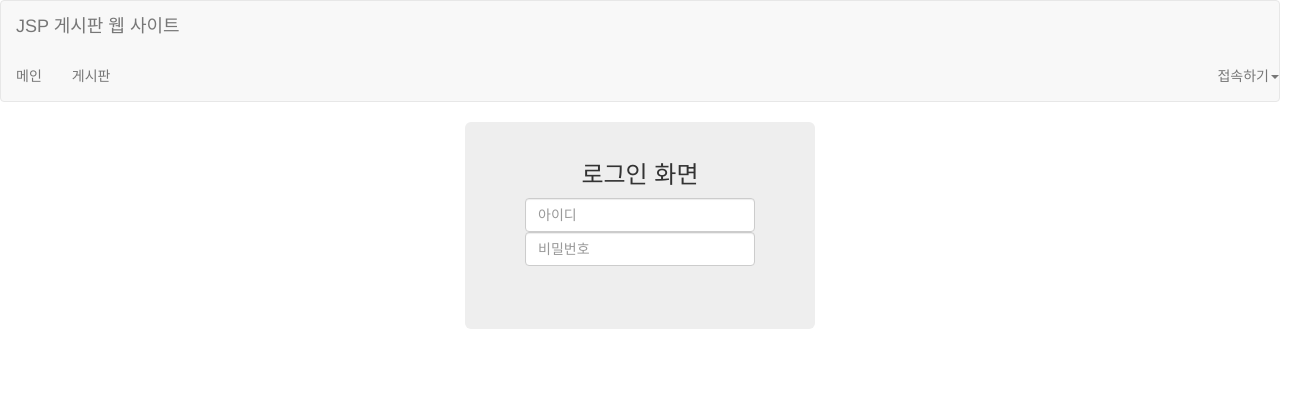
Repository: jeeyune/JSP-Bulletin-Board
Page: http://localhost/BBS/join.jsp
An editor plug-in stored every save of this project. The page is shown before and after the next save, followed by the edit.
The browser window is 1280 px wide. The page is 1294 px wide, so the pictures cover 1294 px, including what lies to the right of the window. The pictures show the whole page.
The page is served by Tomcat 9. Other server files are loaded and not shown.

Above is the page before, as saved 2020-01-10 07:46:48.

### projects/BBS/WebContent/join.jsp
<%@ page language="java" contentType="text/html; charset=UTF-8"
    pageEncoding="UTF-8"%>
<!DOCTYPE html>
<html>
<head>
<meta http-equiv="Content-Type" content="text/html; charset=UTF-8">
<meta name="viewport" content="width=device-width", initial-scale="1">
<link rel="stylesheet" href="css/bootstrap.css">
<title> JSP 게시판 웹사이트 </title>
</head>
<body>
	<nav class="navbar navbar-default">
		<div class="navbar-header">
			<button type="button" class="navbar-toggle collapsed" data-toggle="collapse"
			data-target="#bs-example-navbar-collapse-1"
			aria-expanded="false">
				<span class="icon-bar"></span>
				<span class="icon-bar"></span>
				<span class="icon-bar"></span>
			</button>
			<a class="navbar-brand" href="main.jsp"> JSP 게시판 웹 사이트</a>
		</div>
		<div class="collapse navbar-collapse" id="#bs-example-navbar-collapse-1"></div>
			<ul class="nav navbar-nav">
				<li><a href="main.jsp">메인</a></li>
				<li><a href="bbs.jsp">게시판</a></li>
			</ul>
			<ul class="nav navbar-nav navbar-right">
				<li class="dropdown" >
					<a href="#" class="dropdown-toggle"
						data-toggle="dropdown" role="button" aria-haspopup="true"
						aria-expanded="false">접속하기<span class="caret"></span></a>

					<ul class="dropdown-menu">
						<li class="active"><a href="login.jsp">로그인</a></li>
						<li><a href="join.jsp">회원가입</a></li>
			</ul>
	</nav>
	<div class="container">
		<div class="col-lg-4"></div>
		<div class="col-lg-4">
			<div class="jumbotron" style="padding-top: 20px;">
				<form method="post" action="loginAction.jsp">
					<h3 style="text-align: center;">로그인 화면</h3>
					<div class="form-group">
						<input type="text" class="form-control" placeholder="아이디" name="userID" maxlength="20">
						<input type="password" class="form-control" placeholder="비밀번호" name="userPassword" maxlength="20">
					</div>

				</form>
		</div>
		<div class="col-lg-4"></div>
	</div>
	<script src="https://code.jquery.com/jquery-3.4.1.min.js"></script>
	<script src="js/bootstrap.js"></script>

</body>
</html>

Loaded but not shown: projects/BBS/WebContent/css/bootstrap.css (library); projects/BBS/WebContent/js/bootstrap.js (library)

After the next save:
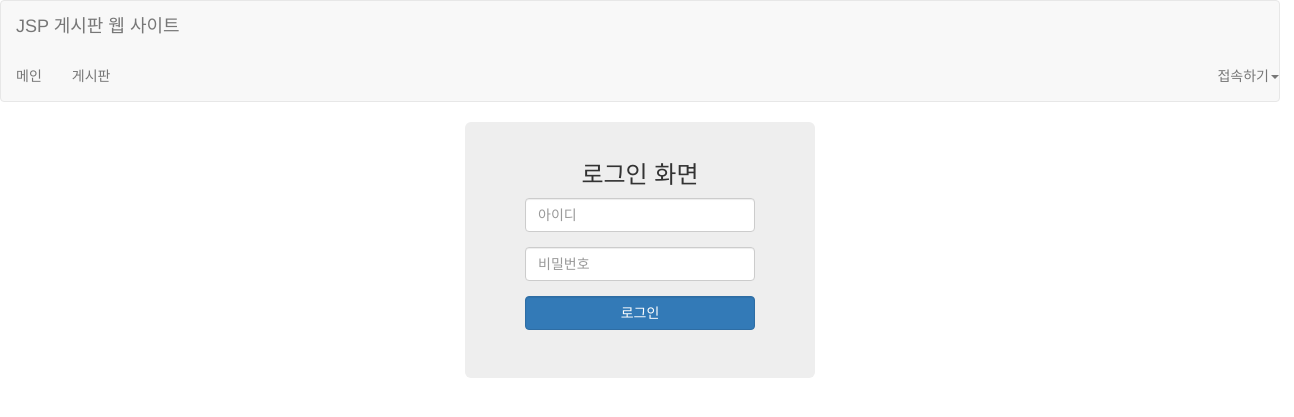
Saved 3 min 27 s later.
--- a/projects/BBS/WebContent/join.jsp
+++ b/projects/BBS/WebContent/join.jsp
@@ -44,10 +44,13 @@
 					<h3 style="text-align: center;">로그인 화면</h3>
 					<div class="form-group">
 						<input type="text" class="form-control" placeholder="아이디" name="userID" maxlength="20">
+					</div>
+					<div class="form-group">
 						<input type="password" class="form-control" placeholder="비밀번호" name="userPassword" maxlength="20">
 					</div>
-
+					<input type="submit" class="btn btn-primary form-control" value="로그인">
 				</form>
+			</div>
 		</div>
 		<div class="col-lg-4"></div>
 	</div>
